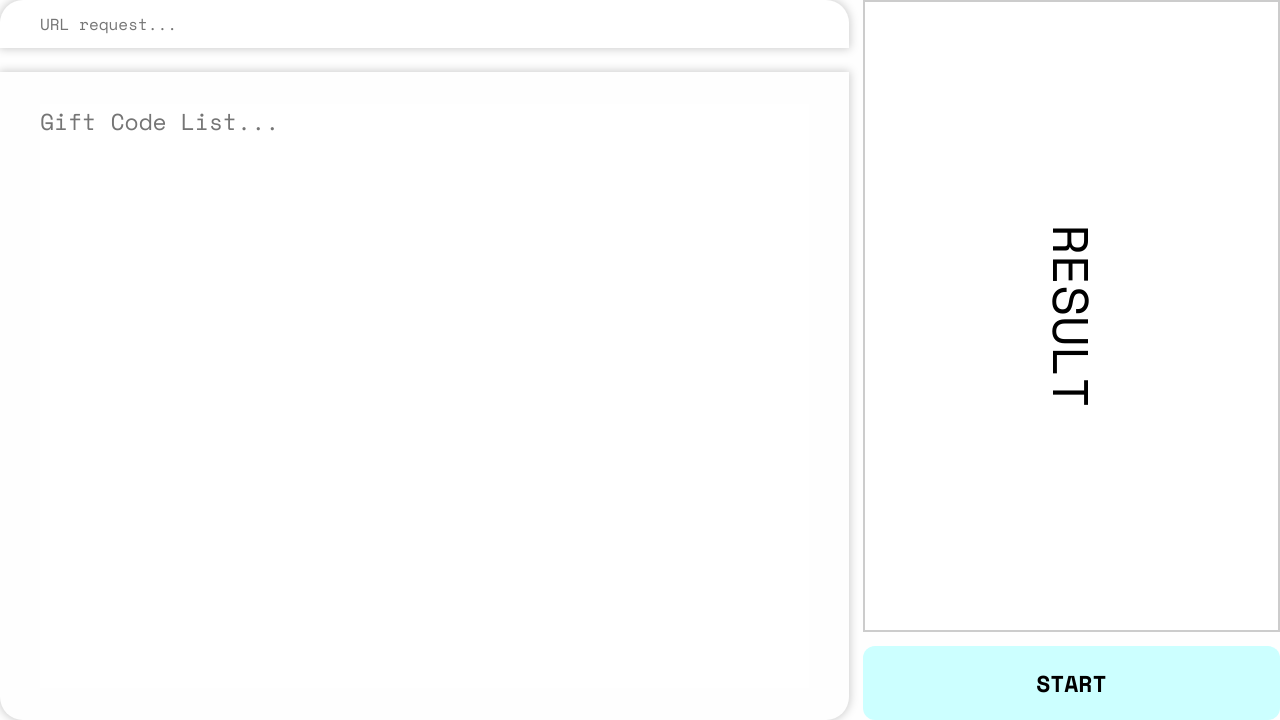
Repository: 777hanh777hanh/test
Page: index.html
An editor plug-in stored every save of this project. The page is shown before and after the next save, followed by the edit.
The browser window is 1280 px wide. The pictures show the whole page.

Above is the page before, as saved 2023-06-30 17:52:09.

### index.html
<!DOCTYPE html>
<html lang="en">
    <head>
        <meta charset="UTF-8" />
        <meta name="viewport" content="width=device-width, initial-scale=1.0" />
        <title>Request API</title>
        <!-- Fonts -->
        <link rel="preconnect" href="https://fonts.googleapis.com" />
        <link rel="preconnect" href="https://fonts.gstatic.com" crossorigin />
        <link
            href="https://fonts.googleapis.com/css2?family=Space+Mono:wght@400;700&display=swap"
            rel="stylesheet"
        />
        <!-- CSS -->
        <link rel="stylesheet" href="./assets/css/reset.css" />
        <link rel="stylesheet" href="./assets/css/style.css" />
    </head>
    <body>
        <div class="inner">
            <!-- Input URL -->
            <div class="url-block">
                <input type="text" name="" id="url" class="url" placeholder="URL request..."></input>
            </div>
            <!-- Text Area -->
            <div class="giftCode-block">
                <textarea name="" id="giftCode" class="giftCode" placeholder="Gift Code List..."></textarea>
            </div>

            <!-- Result Block -->
            <div class="result-block">
                <div class="result"></div>
                <button class="btn">Start</button>
            </div>
        </div>
        <script src="./assets/js/main.js"></script>
    </body>
</html>

### assets/css/reset.css
html,
body,
div,
span,
applet,
object,
iframe,
h1,
h2,
h3,
h4,
h5,
h6,
p,
blockquote,
pre,
a,
abbr,
acronym,
address,
big,
cite,
code,
del,
dfn,
em,
img,
ins,
kbd,
q,
s,
samp,
small,
strike,
strong,
sub,
sup,
tt,
var,
b,
u,
i,
center,
dl,
dt,
dd,
ol,
ul,
li,
fieldset,
form,
label,
legend,
table,
caption,
tbody,
tfoot,
thead,
tr,
th,
td,
article,
aside,
canvas,
details,
embed,
figure,
figcaption,
footer,
header,
hgroup,
menu,
nav,
output,
ruby,
section,
summary,
time,
mark,
audio,
video {
    margin: 0;
    padding: 0;
    border: 0;
    font-size: 100%;
    font: inherit;
    vertical-align: baseline;
}
/* HTML5 display-role reset for older browsers */
article,
aside,
details,
figcaption,
figure,
footer,
header,
hgroup,
menu,
nav,
section {
    display: block;
}
body {
    line-height: 1;
}
ol,
ul {
    list-style: none;
}
blockquote,
q {
    quotes: none;
}
blockquote:before,
blockquote:after,
q:before,
q:after {
    content: '';
    content: none;
}
table {
    border-collapse: collapse;
    border-spacing: 0;
}

button,
input,
textarea,
[tabindex] {
    outline: none;
    border: none;
    font-family: inherit;
}

a {
    text-decoration: none;
}

### assets/css/style.css
:root {
    --text-color: #333;
    --font-family: 'Space Mono', monospace;
}

* {
    padding: 0;
    margin: 0;
    box-sizing: border-box;
}

html {
    font-size: 62.5%;
}

body {
    min-height: 100vh;
    font-family: var(--font-family, 'system-ui');
    -webkit-font-smoothing: antialiased;
    -moz-osx-font-smoothing: grayscale;
    font-size: 1.6rem;
    overflow: overlay;
    background: #fefefe;
}

html *::-webkit-scrollbar {
    border-radius: 0;
    width: 8px;
}
html *::-webkit-scrollbar-thumb {
    border-radius: 4px;
    background-color: rgba(22, 24, 35, 0.06);
}
html *::-webkit-scrollbar-track {
    border-radius: 0;
    background-color: rgba(0, 0, 0, 0);
}

/* CSS */
.inner {
    min-height: 100vh;
    display: grid;
    grid-template-columns: repeat(3, 1fr);
    grid-template-rows: auto 3fr;
    grid-template-areas:
        'url url result'
        'giftCode giftCode result';
    column-gap: 14px;
    row-gap: 24px;
}

/* Input Block */
.url-block {
    grid-area: url;
}

.url {
    display: block;
    padding: 12px 40px;
    width: 100%;
    height: 100%;
    font-size: 1.6rem;
    border-radius: 23px 23px 0 0;
    box-shadow: 0 0 10px 1px #ccc;
}

.giftCode-block {
    grid-area: giftCode;
    padding: 32px 40px;
    border-radius: 0 0 23px 23px;
    box-shadow: 0 0 10px 1px #ccc;
}

.giftCode {
    display: block;
    width: 100%;
    height: 100%;
    font-size: 2.3rem;
    font-family: var(--font-family, 'monospace');
    resize: none;
}

.result-block {
    grid-area: result;
    display: flex;
    flex-direction: column;
    row-gap: 14px;
}

.result {
    position: relative;
    display: flex;
    justify-content: center;
    align-items: center;
    flex-grow: 1;
    border: 2px solid #ccc;
    background: #fff;
}

.result:empty::before {
    display: inline-block;
}

.result::before {
    display: none;
    position: absolute;
    content: 'Result';
    text-transform: uppercase;
    font-size: 5rem;
    transform: rotate(90deg);
    overflow: visible;
}

.btn {
    padding: 20px;
    font-size: 2.3rem;
    font-weight: 700;
    text-transform: uppercase;
    border-radius: 12px;
    background: var(--primary-color, #cff);
}

.btn:hover {
    cursor: pointer;
    background-color: var(--secondary-color, #ffc);
}

Loaded but not shown: assets/js/main.js (no stored copy; drawn as an empty file)

After the next save:
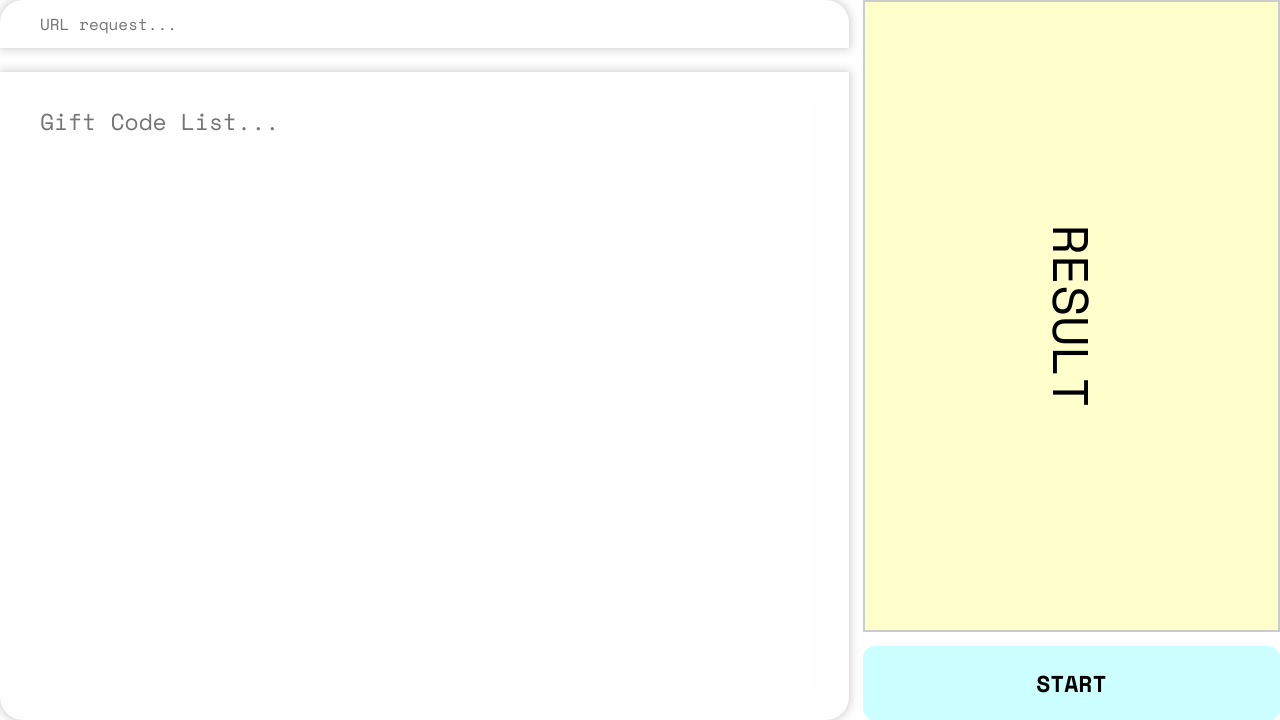
Saved 13 s later.
--- a/assets/css/style.css
+++ b/assets/css/style.css
@@ -94,7 +94,7 @@ html *::-webkit-scrollbar-track {
     align-items: center;
     flex-grow: 1;
     border: 2px solid #ccc;
-    background: #fff;
+    background: #ffc;
 }
 
 .result:empty::before {
